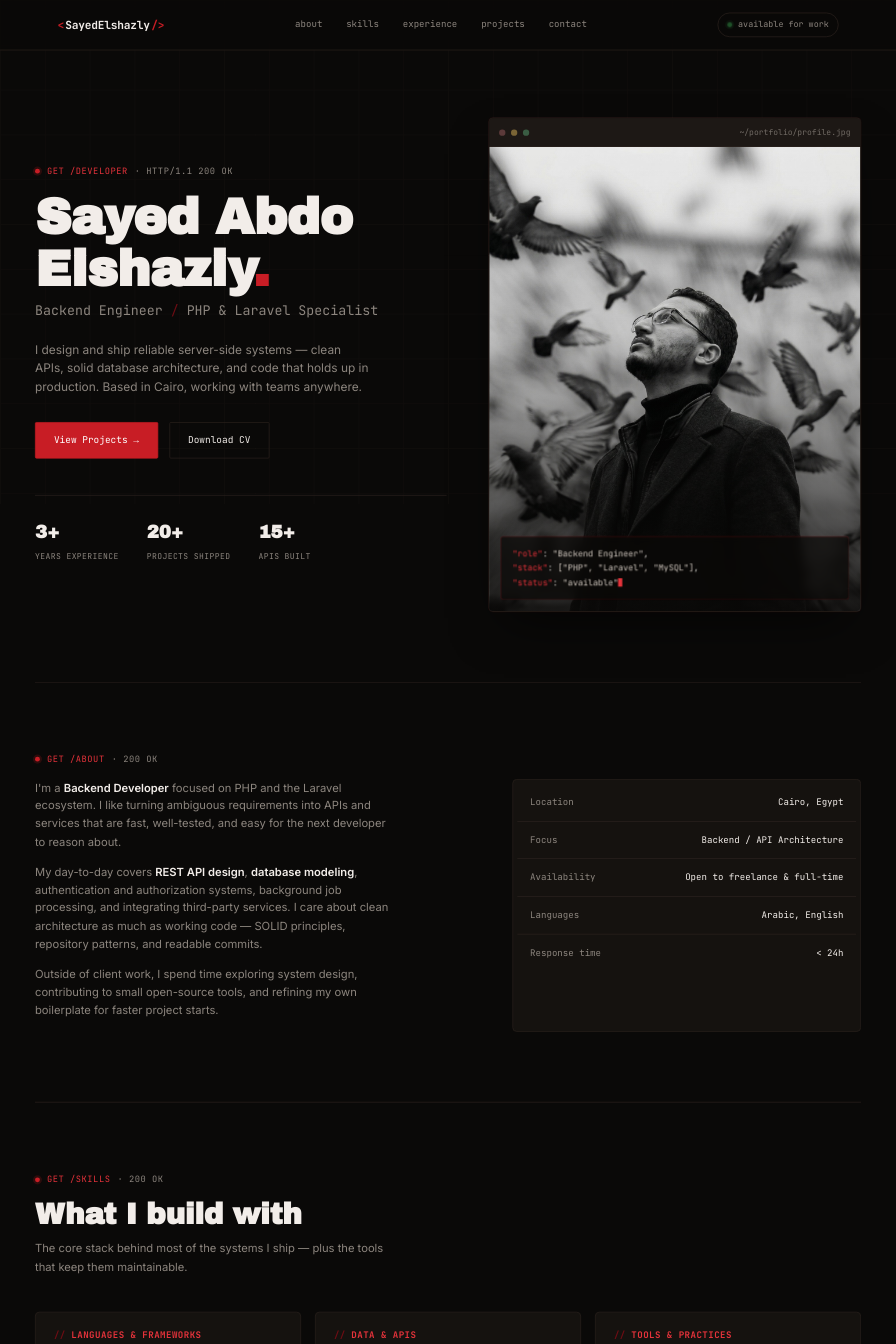
Repository: sayedelshazly/Portfolio.SE
Page: index.html
These files come from the project's save history. The page is drawn as it stood at one moment and after a run of saves; the edit follows.
The browser window is 1280 px wide. The pictures show the part of the page from y = 0 to 1920 px (the page is 4972 px tall before and 5098 px after), at 70% of full size.

Above is the page before, as saved 2026-10-03 13:51:38.
Console error: SyntaxError: Unexpected token '<'

After the next 2 saves:
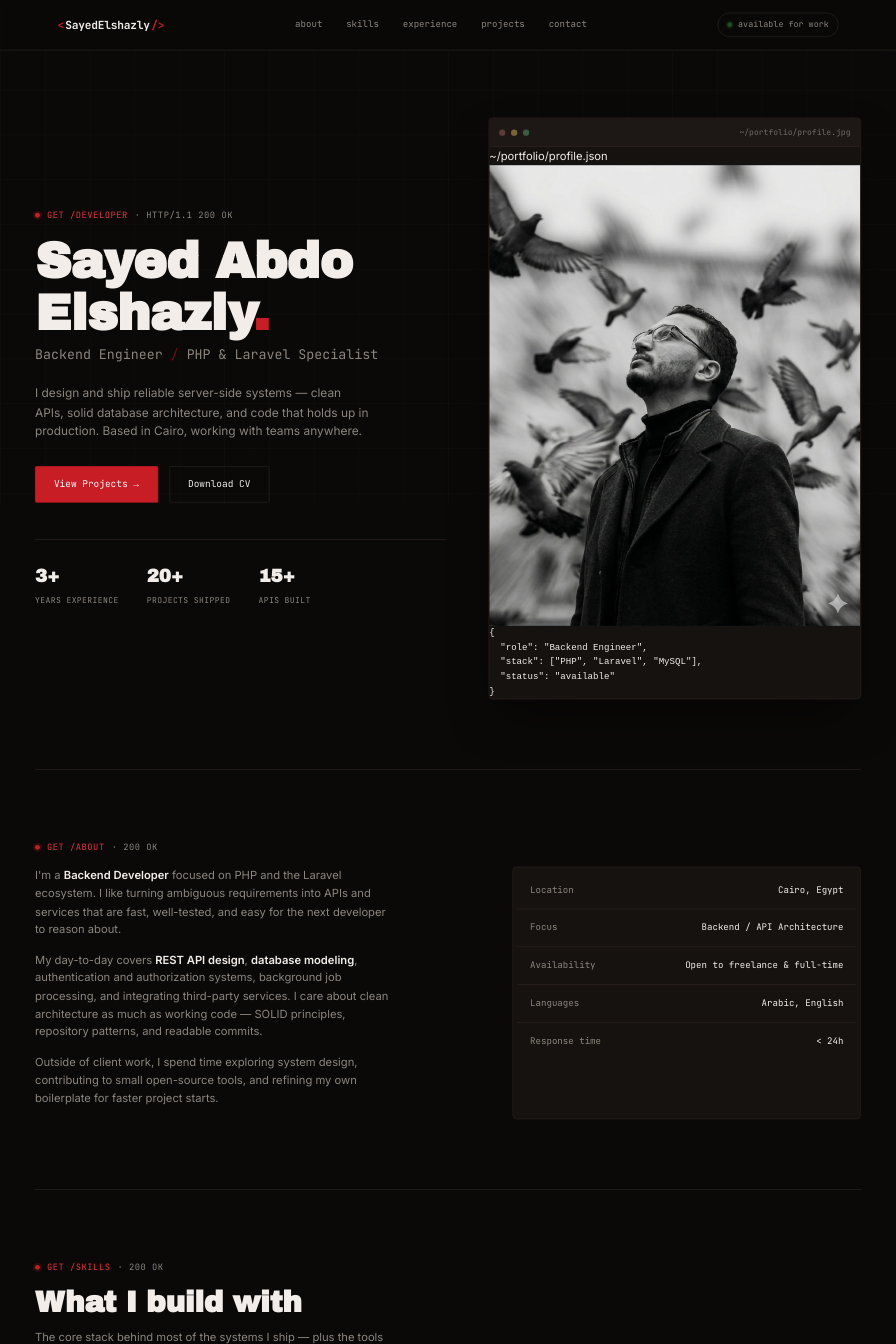
The 2 saves are shown as one change because they came seconds apart.
The last was saved 75 s later.
--- a/index.html
+++ b/index.html
@@ -56,13 +56,30 @@
           <span class="tdot"></span><span class="tdot"></span><span class="tdot"></span>
           <span class="tpath">~/portfolio/profile.jpg</span>
         </div>
-        <div class="term-photo">
-          <img src="./portrait2.jpeg" alt="Portrait of YOUR NAME, backend engineer">
-          <div class="scan"></div>
-          <div class="term-json">
-            <span class="k">"role"</span>: <span class="s">"Backend Engineer"</span>,<br>
-            <span class="k">"stack"</span>: <span class="s">["PHP", "Laravel", "MySQL"]</span>,<br>
-            <span class="k">"status"</span>: <span class="s">"available"</span><span class="cursor"></span>
+        <div class="term-photo-card">
+          <!-- شريط نافذة المطور العلوية -->
+          <div class="term-header">
+            <div class="term-dots">
+              <span class="dot red"></span>
+              <span class="dot yellow"></span>
+              <span class="dot green"></span>
+            </div>
+            <span class="term-path">~/portfolio/profile.json</span>
+          </div>
+
+          <!-- حاوية الصورة -->
+          <div class="image-wrapper">
+            <img src="./portrait2.jpeg" alt="Sayed Abdo - Backend Engineer">
+            <div class="scanline"></div>
+          </div>
+
+          <!-- صندوق الـ JSON المحسن -->
+          <div class="term-json-body">
+            <pre><code><span class="brace">{</span>
+  <span class="k">"role"</span>: <span class="s">"Backend Engineer"</span>,
+  <span class="k">"stack"</span>: <span class="arr">[</span><span class="str">"PHP"</span>, <span class="str">"Laravel"</span>, <span class="str">"MySQL"</span><span class="arr">]</span>,
+  <span class="k">"status"</span>: <span class="badge-available">"available"</span>
+<span class="brace">}</span></code></pre>
           </div>
         </div>
       </div>
